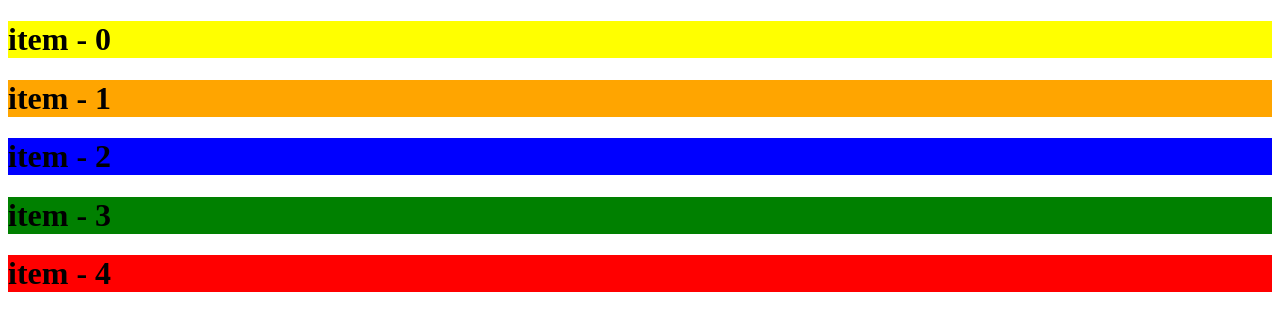
Repository: chlguswns1/web-practice
Page: jQuery/src/main/webapp/01_jQueryBasic.html
An editor plug-in stored every save of this project. The page is shown before and after the next save, followed by the edit.
The browser window is 1280 px wide. The pictures show the whole page.

Above is the page before, as saved 2023-03-09 03:02:36.

### jQuery/src/main/webapp/01_jQueryBasic.html
<!-- jQuery 기본
	1. jQuery 개요
		- 모든 브라우저에서 동작하는 클라이언트 자바스크립트 라이브러리.
		- 다음의 기능을 위해 제작
			. DOM과 관련된 처리를 쉽게 구현
			. 일관된 이벤트 연결을 쉽게 구현
			. 시각적 효과를 쉽게 구현
			. ajax 애플리케이션을 쉽게 구현

		- http://jquery.com
		- jQuery 사용 방법
			1) 직접 다운받아 사용하는 방법.
			2) CDN 호스트 사용하는 방법.
				 . Content Delivery Network
				 . 사용자에게 간편하게 콘텐츠를 제공하는 방식을 의미.
				 . 구글, 마이크로소프트, jQuery측에서 사용자가 jQuery를 사용하기 편하게 콘텐츠를 제공.
-->

<!DOCTYPE html>
<html>
<head>
<meta charset="UTF-8">
<title>jQuery 태그 구조</title>

<!-- 9. jQuery를 사용한 배열 관리(2)를 위한 예제 -->
<style type="text/css">
	.high-light { background:yellow; }
	.high-light-0 { background:yellow; }
	.high-light-1 { background:orange; }
	.high-light-2 { background:blue; }
	.high-light-3 { background:green; }
	.high-light-4 { background:red; }
</style>

<!-- 방법1. 직접 다운로드 -->
<script src="./js/jquery-3.6.3.min.js"></script><!-- 이렇게 하는순간 이코드에 포함된거다 -->

<!-- 방법2.CDN 방식 -->
<script src="https://ajax.googleapis.com/ajax/libs/jquery/1.12.4/jquery.min.js"></script>

<script type="text/javascript">
/* 1. 라이브러리 포함 방법 : 2가지 방식 */
//- 방법1 방법2 참조

/* 2. jQuery를 사용한 웹 페이지 형식
//	-jQuery() //jQuery함수를 호출했을때 객체를 반환해준다
//	-$(document).ready(function(){});<-이거//바디영역을 전부읽어 갔을때 jQuery가 감시하고있다 읽어간순간
							      //입력으로 전달하는 함수를 실행함
//		.문서가 준비 완료되면매개변수로전달된 함수를 실행하라는 의미.
//		.$(function(){});//간단한 형식 정의 위와 같은 코드지만 융통성있는 코드로 짧게줄일수있다
	$(document).ready(function(){//onload와(차이점) 다르게 여러개 사용할 수 있다
		alert('First Ready');
	});

	$(document).ready(function(){
		alert('Second Ready');
	});

	$(document).ready(function(){
		alert('Thirth Ready');
	});
*/
/* 3. jQuery 기본 선택자
// - jQuery 메서드의 가장 기본적인 형태
//   . 문서 객체를 다룰 때 사용하는 형태
//   . jQuery에서 가장 많이 사용하는 형태

$(document).ready(function(){
// 1) 전체 선택자(*)
	//$('*').css('color','red');//전체선택자



// 2) 태그 선택자

	//한 개 태그 선택

	//h1을 선택.css()메소드정의
	//$('h1').css('color','orange');

	//두 개 이상의 태그 선택
	//$('h1, p').css('color','blue');

// 3) 아이디 선택자
	//$('#target').css('color','blue')

// 4) 클래스 선택자
	//$('.item').css('color','yellow');
	$('h1.item').css('color','yellow');//가독성있는 접근법 h1에있는 아이템들

	$('.item.select').css('color','green');//주의) 접근해 갈때는 빈스페이스가 생기지 않도록 주의.

});
*/

/* 4. jQuery 자식(손)선택자와 후손 선택자
	//$(document).ready(function(){}); ↓밑에처럼 줄일수 있다
	$(function(){

	// - 자식(손) 선택자 - 자식은 div가 사실상 지정된것이다
	$('body > *').css('color','red')//자식에있는 모든것을 선택하겠다

// - 후손 선택자 - 후손은 div를 포함안 안에있는 모든것들이 태그된것이다
	$('body *').css('color','blue')//후손선택자의 경우는 스페이스

	});
*/

/* 5. jQuery 속성 선택자
//- 기본 선택자 뒤에 붙여 사용.
//- 입력 양식과 관련된 태그를 선택할 때 많이 사용.

	$(function () {
		$('input[type = text]').val('hello jQuery');//처음화면이 보여질때 val()안에 텍스트가 보여짐
	})
  */

/* 6. jQuery 필터 선택자
// 1) 입력 양식 필터 선택자
// .input:button
// .input:checkbox
// .input:radio
// .input:file
// .input:image
// .input:password
// .input:text
// .input:submit
// .input:reset

// .요소:checked
// .요소:disabled
// .요소:enabled
// .요소:focus
// .요소:selected

	$(function () {
		setTimeout(function(){//항목을 선택하면 5초뒤에 선택되어진 항목을 alert창으로 출력
			var value = $('select > option:selected').val();
		alert(value);
		},5000);//한번만 이벤트함수 발생
	})
*/

// 2) 위치 필터 선택자
//   . 선택자를 사용해 문서 객체를 선택한 후에 다음과 같은 위치를 지정한다.
//    >> 요소:odd -> 홀수 번째에 위치한 문서 객체 선택.
//    >> 요소:even -> 짝수 번째에 위치한 문서 객체 선택.
//    >> 요소:first -> 첫번째에 위치한 문서 객체 선택.
//    >> 요소:last -> 마지막에 위치한 문서 객체 선택.

	/* $(function () {
		$('tr:odd').css('background','silver'); //0 부터 카운팅
		$('tr:even').css('background','#9F9F9F');
		$('tr:first').css('background','blue').css('color','#FFFFFF');
	}) */

// 3) 함수 필터 선택자
//   >> 요소:contains(문자열)
//       ->특정 문자열을 포함하는 문서 객체를 선택.
//   >> 요소:eq(n)
//       ->n번째에 위치하는 문서 객체를 선택.
//   >> 요소:gt(n)
//       ->n번째 초과하는 위치에 있는 문서 객체를 선택.
//   >> 요소:has(h1)
//       ->h1 태그를 가지고 있는 문서 객체를 선택.
//   >> 요소:lt(n)
//       ->n번째 미만에 위치하는 문서 객체를 선택.
//   >> 요소:not(선택자)
//       ->선택자와 일치하지 않는 문서 객체를 선택.
//   >> 요소:nth-child
//       -> 3n+1번째에 위치하는 문서 객체를 선택(인덱스 1부터 카운팅).

	/* $(function () {
		$('tr:eq(0)').css('background','black').css('color','white');
		$('tr:nth-child(3n+1)').css('background','green');//1 4 7
	}) */



/* 7. jQuery를 사용한 배열 관리(1)
// - each() 메서드 사용 - 배열데이터를 전달받음
//    . 매개 변수로 입력한 함수 사용.
//    . for in 반복문처럼 객체나 배열의 요소 검사하는 메서드



// - each() 메서드의 형태
//	1.
$.each(object, function(index,item){});
	$(function() {
		var array = [{name:'Naver', link:'https://www.naver.com'},
					 {name:'Daun', link:'https://www.daum.net'},
					 {name:'Nate', link:'https://www.nate.com'}];
		$.each(array,function(){index, item});
			var output = '';

			output += '<a href="'+ item.link +'">';//<a href="https://www.naver.com"></a>
			output += '<h1>' + item.name + '</h1>';//<a href="https://www.naver.com"></a><h1>Naver</h1>
			output += '</a>';//<a href="https://www.naver.com"></a><h1>Naver</h1></a>

			document.body.innerHTML += output;
	});

*/
/* 8. jQuery를 사용한 배열 관리(2)
// - 각 객체에 서로 다른 class 속성을 설정하고 싶을 때 each() 메서드 사용.
	//예제 1.
	$(function () {
		$('h1').addClass('high-light');
	})
*/
	//예제 2.
	// -each() 메소드의 형태
	//	2.$(selectot).each(function(index,item){});
	$(function () {
		$('h1').each(function(index,item){
			$(item).addClass('high-light-'+index);
		});
	});

/* 9. jQuery를 사용한 객체 확장 */


/* 10. jQuery 라이브러리 충돌 방지 */
// - jQuery외 prototype 자바스크립트 라이브러리도 동일하게 $를
//    식별자로 사용.
// - 따라서 두 라이브러리를 함께 사용시 충돌 발생.


</script>
</head>
<body>
<!-- 3-1/3-2. 전체/태그 선택자
	<h1>Lorem ipsum</h1>
	<p>Lorem ipsum dolor sit amet.</p>
	<h1>Lorem ipsum</h1>
	<p>Lorem ipsum dolor sit amet.</p>
	<hr>
-->
<!-- 3-3. 아이디 선택자
	<h1>Header-0</h1>
    <h1 id="target">Header-1</h1>
    <h1>Header-2</h1>
    <hr>
-->

<!-- 3-4. 클래스 선택자
    <h1 class="item">Header-0</h1>
    <h1 class="item select">Header-1</h1>
    <h1 class="item">Header-2</h1>
    <hr>
 -->
<!-- 4. 자식(손) 선택자와 후손 선택자
	<div>
		<ul>
			<li>Apple</li>
			<li>Bag</li>
			<li>Cat</li>
			<li>Dog</li>
		</ul>
	</div>
    <hr>
-->
<!-- 5. 속성 선택자
    <input type="text"/></br>
    <input type="password"/></br>
    <input type="radio"/></br>
    <input type="checkbox"/></br>
    <input type="file"/></br>
    <hr>
 -->
<!-- 6-1. 입력 양식 필터 선택자
	<select>
		<option>Apple</option>
		<option>Bag</option>
		<option>Cat</option>
		<option>Dog</option>
	</select>
    <hr>
-->
<!-- 6-2/6-3. 필터선택자
	<table border="1">
		<tr><th>이름</th><th>혈액형</th><th>지역</th></tr>
		<tr><td>홍길동</td><td>AB형</td><td>서울시 강남구</td></tr>
		<tr><td>홍길서</td><td>A형</td><td>서울시 마포구</td></tr>
		<tr><td>홍길남</td><td>B형</td><td>서울시 서초구</td></tr>
		<tr><td>홍길북</td><td>O형</td><td>서울시 송파구</td></tr>
		<tr><td>김길동</td><td>O형</td><td>서울시 영등포구</td></tr>
		<tr><td>이길동</td><td>A형</td><td>서울시 강서구</td></tr>
		<tr><td>박길동</td><td>B형</td><td>서울시 용산구</td></tr>
	</table>
	<hr>
-->
<!-- 8. jQuery를 사용한 배열 관리(2) -->
	<h1>item - 0</h1>
	<h1>item - 1</h1>
	<h1>item - 2</h1>
	<h1>item - 3</h1>
	<h1>item - 4</h1>

</body>
</html>

Loaded but not shown: jQuery/src/main/webapp/js/jquery-3.6.3.min.js (library)

After the next save:
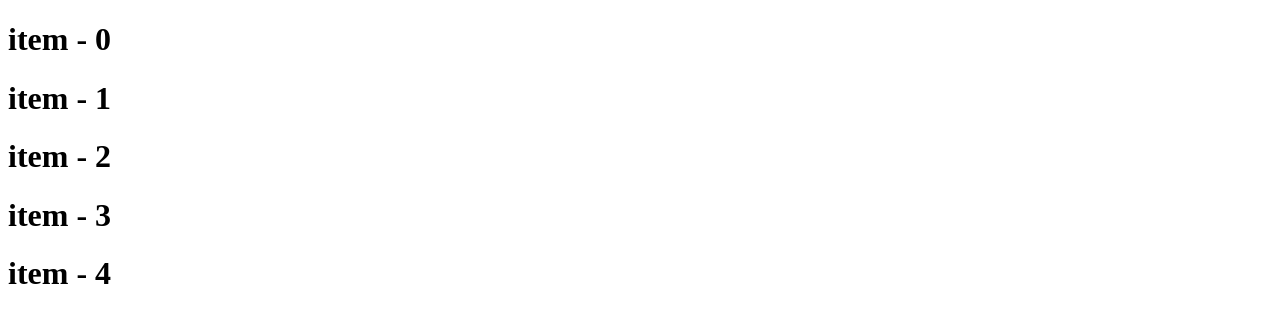
Saved 4 min 7 s later.
--- a/jQuery/src/main/webapp/01_jQueryBasic.html
+++ b/jQuery/src/main/webapp/01_jQueryBasic.html
@@ -208,16 +208,18 @@
 	$(function () {
 		$('h1').addClass('high-light');
 	})
-*/
+
 	//예제 2.
 	// -each() 메소드의 형태
 	//	2.$(selectot).each(function(index,item){});
 	$(function () {
 		$('h1').each(function(index,item){
-			$(item).addClass('high-light-'+index);
+			//$(item).addClass('high-light-'+index);
+			$(this).addClass('high-light-'+index);
 		});
 	});
-
+	*/
+	//예제 3. addClass()메소드의 매개변수의 함수 전달도 가능
 /* 9. jQuery를 사용한 객체 확장 */
 
 

After the save that followed:
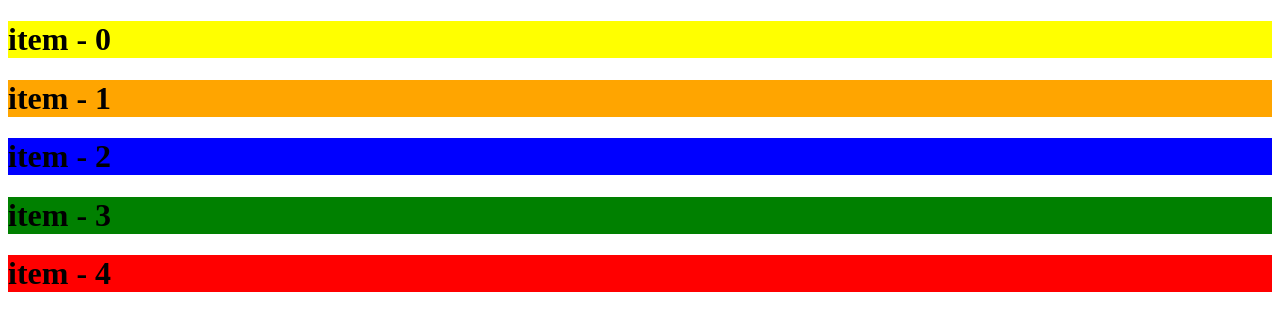
Saved 2 min 11 s later.
--- a/jQuery/src/main/webapp/01_jQueryBasic.html
+++ b/jQuery/src/main/webapp/01_jQueryBasic.html
@@ -215,11 +215,16 @@
 	$(function () {
 		$('h1').each(function(index,item){
 			//$(item).addClass('high-light-'+index);
-			$(this).addClass('high-light-'+index);
+			$(this).addClass(c);
 		});
 	});
 	*/
 	//예제 3. addClass()메소드의 매개변수의 함수 전달도 가능
+	$(function() {
+		$('h1').addClass(function (index) {
+			return'high-light-'+index
+		});
+	})
 /* 9. jQuery를 사용한 객체 확장 */
 
 
